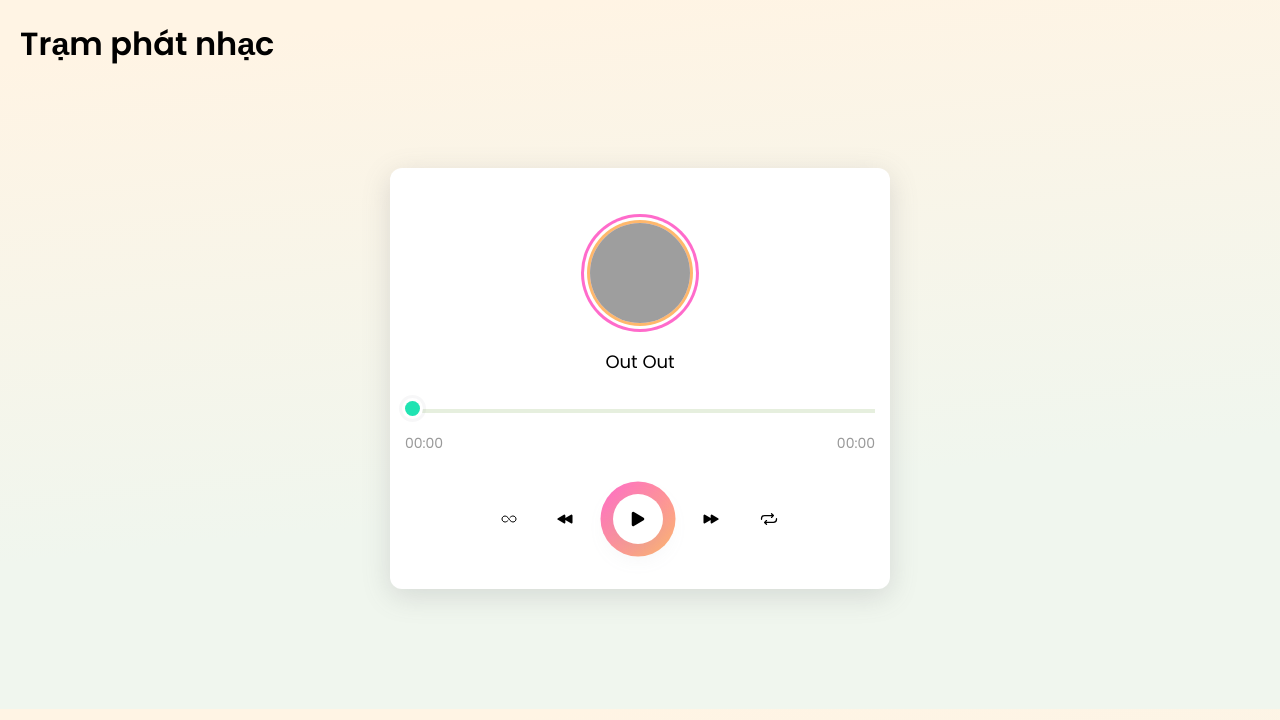
Repository: VuTuanAnh0949/Mp3
Page: index.html
The author's editor kept a copy of each file at every save. The page is drawn from the files as they stood at one save, then again after the next save.
The browser window is 1280 px wide. The pictures show the whole page.
Pictures or frames that could not be fetched are drawn as grey boxes.

Above is the page before, as saved 2022-09-25 14:55:46.

### index.html
<!DOCTYPE html>
<html lang="en">

<head>
    <meta charset="UTF-8">
    <meta http-equiv="X-UA-Compatible" content="IE=edge">
    <meta name="viewport" content="width=device-width, initial-scale=1.0">
    <link rel="stylesheet" href="app.css">
    <link rel="preconnect" href="https://fonts.googleapis.com">
    <link rel="preconnect" href="https://fonts.gstatic.com" crossorigin>
    <link href="https://fonts.googleapis.com/css2?family=Poppins:wght@300;400;600&family=Roboto:ital,wght@0,300;1,300&display=swap" rel="stylesheet">
    <title>MP3</title>
    <script type="module" src="https://unpkg.com/ionicons@5.5.2/dist/ionicons/ionicons.esm.js"></script>
    <script nomodule src="https://unpkg.com/ionicons@5.5.2/dist/ionicons/ionicons.js"></script>
</head>

<body>
    <div class="content">
        <h1>Trạm phát nhạc</h1>
    </div>
    <div class="music">
        <div class="music-thumb">
            <img src="https://unsplash.com/blog/content/images/size/w1600/2022/06/jon-anders-dalan-9jSe9ZIFtGw-unsplash.jpg" alt="">
        </div>
        <h3 class="music-name">The Night</h3>
        <input type="range" name="range" id="range" class="range">
        <audio src="./music/nhabangiau.mp3" id="song"></audio>
        <div class="timer">
            <div class="duration">2:10</div>
            <div class="remaining">-3:10</div>
        </div>
        <div class="controls">
            <ion-icon name="infinite-outline" class="play-infinite"></ion-icon>
            <ion-icon name="play-back" class="play-back"></ion-icon>
            <div class="play">
                <div class="player-inner">
                    <ion-icon name="play" class="play-icon"></ion-icon>
                </div>
            </div>
            <ion-icon name="play-forward" class="play-forward"></ion-icon>
            <ion-icon name="repeat-outline" class="play-repeat"></ion-icon>
        </div>
    </div>

<script src="./app.js"></script>

</body>

</html>

### app.css
html {
    box-sizing: border-box;
  }
  * {
    margin: 0;
    padding: 0;
  }
  *,
  *:before,
  *:after {
    box-sizing: border-box;
  }
  input,
  textarea,
  select,
  button {
    outline: none;
  }
  input {
    line-height: normal;
  }
  label,
  button {
    cursor: pointer;
  }
  a {
    text-decoration: none;
  }
  img {
    display: block;
    max-width: 100%;
  }
  body {
    font-family: "Poppins", sans-serif;
    padding: 20px;
    max-width: 1000vh;
    max-height: 1000vh;
    background-image: linear-gradient( 174.2deg,  rgba(255,244,228,1) 7.1%, rgba(240,246,238,1) 67.4% );
   background-size: cover;
  }

  .music {
    max-width: 500px;
    margin: 100px auto;
    border-radius: 12px;
    background-color: white;
    box-shadow: rgba(100, 100, 111, 0.2) 0px 7px 29px 0px;
    padding: 55px 15px 45px;
  }
  .music-thumb {
    width: 100px;
    height: 100px;
    margin: 0 auto 25px;
  }
  .music-thumb.is-playing {
    animation: spinner 5s infinite linear;
  }
  .music-thumb img {
    width: 100%;
    height: 100%;
    object-fit: cover;
    border-radius: 100rem;
    box-shadow: 0 0 0 3px #ffb86c, 0 0 0 6px white, 0 0 0 9px #ff6bcb;
  }
  .music-name {
    font-size: 18px;
    font-weight: 500;
    text-align: center;
    margin-bottom: 20px;
  }
  .timer {
    display: flex;
    justify-content: space-between;
    align-items: center;
    font-size: 14px;
    color: #999;
    margin-bottom: 40px;
  }
  .controls {
    display: flex;
    justify-content: center;
    align-items: center;
    gap: 0 40px;
  }
  .play {
    position: relative;
  }
  .play:before {
    content: "";
    position: absolute;
    inset: 0;
    background-image: linear-gradient(to right bottom, #ff6bcb, #ffb86c);
    transform: scale(1.5);
    border-radius: 100rem;
  }
  .player-inner {
    width: 50px;
    height: 50px;
    border-radius: 100rem;
    background-color: white;
    display: flex;
    justify-content: center;
    align-items: center;
    cursor: pointer;
    box-shadow: rgba(149, 157, 165, 0.2) 0px 8px 24px;
    font-size: 20px;
    position: relative;
    z-index: 2;
  }
  .play-repeat,
  .play-back,
  .play-forward {
    cursor: pointer;
  }
  .range {
    -webkit-appearance: none; /* Hides the slider so that custom slider can be made */
    width: 100%; /* Specific width is required for Firefox. */
    background: transparent; /* Otherwise white in Chrome */
    margin-bottom: 20px;
     background: chartreuse;
  }
  .range::-webkit-slider-runnable-track {
    width: 100%;
    height: 4px;
    background-color: #eeee;
  }
  .range::-webkit-slider-thumb {
    -webkit-appearance: none;
    background-color: #20e3b2;
    width: 15px;
    height: 15px;
    border-radius: 100rem;
    margin-top: -8px;
    box-shadow: 0 0 0 3px white, 0 0 0 6px rgba(100, 100, 111, 0.05);
  }
  @keyframes spinner {
    to {
      transform: rotate(360deg);
    }
  }
  .play-repeat {
    font-size: 20px;
  }

### app.js
const song = document.getElementById("song");
const playBtn = document.querySelector(".player-inner");
const nextBtn = document.querySelector(".play-forward");
const prevBtn = document.querySelector(".play-back");
const durationTime = document.querySelector(".duration")
const remainingTime = document.querySelector(".remaining")
const rangeBar = document.querySelector(".range");
const musicName = document.querySelector(".music-name");
const musicThumbnail = document.querySelector(".music-thumb");
const musicImage = document.querySelector(".music-thumb img");
const playRepeat = document.querySelector(".play-repeat");

let isPlaying = true;
let indexSong = 0;
let isRepeat = false;
/* const musics = ["thenight.mp3","nhabangiau.mp3","outout.mp3","moveyour.mp3"]; */
const musics =[
  {
    id: 1,
    title: "Out Out",
    file: "outout.mp3",
    image: "https://c4.wallpaperflare.com/wallpaper/545/756/905/anime-anime-girls-mask-simple-background-hd-wallpaper-thumb.jpg"
},
      {
          id: 2,
          title: "Nhà Bạn Giàu",
          file: "nhabangiau.mp3",
          image: "https://images.unsplash.com/photo-1495430288918-03be19c7c485?ixlib=rb-1.2.1&ixid=MnwxMjA3fDB8MHxwaG90by1wYWdlfHx8fGVufDB8fHx8&auto=format&fit=crop&w=387&q=80"
      },
      {
        id: 3,
        title: "The Night",
        file: "thenight.mp3",
        image: "https://images.unsplash.com/photo-1532767153582-b1a0e5145009?ixlib=rb-1.2.1&ixid=MnwxMjA3fDB8MHxwaG90by1wYWdlfHx8fGVufDB8fHx8&auto=format&fit=crop&w=387&q=80"
    },
    {
      id: 4,
      title: "Move Your..",
      file: "moveyour.mp3",
      image: "https://c4.wallpaperflare.com/wallpaper/663/420/862/car-purple-retrowave-landscape-wallpaper-thumb.jpg"
  }

]
let timer;
let repeatCount = 0;
playRepeat.addEventListener("click", function () {
  if (isRepeat) {
    isRepeat = false;
    playRepeat.removeAttribute("style");
  } else {
    isRepeat = true;
    playRepeat.style.color = "#ffb86c";
  }
});
nextBtn.addEventListener("click", function () {
  changeSong(1);
});
prevBtn.addEventListener("click", function () {
  changeSong(-1);
});
song.addEventListener("ended", handleEndedSong);
function handleEndedSong() {
  repeatCount++;
  if (isRepeat && repeatCount === 1) {
    // handle repeat song
    isPlaying = true;
    playPause();
  } else {
    changeSong(1);
  }
}
function changeSong(dir) {
    if (dir === 1) {
      // next song
      indexSong++;
      if (indexSong >= musics.length) {
        indexSong = 0;
      }
      isPlaying = true;
    } else if (dir === -1) {
      // prev song
      indexSong--;
      if (indexSong < 0) {
        indexSong = musics.length - 1;
      }
      isPlaying = true;
    }
    init(indexSong);
    // song.setAttribute("src", `./music/${musics[indexSong].file}`);
    playPause();
  }

  playBtn.addEventListener("click", playPause);
  function playPause() {
    if (isPlaying) {
      musicThumbnail.classList.add("is-playing");
      song.play();
      playBtn.innerHTML = `<ion-icon name="pause-circle"></ion-icon>`;
      isPlaying = false;
      timer = setInterval(displayTimer, 500);
    } else {
      musicThumbnail.classList.remove("is-playing");
      song.pause();
      playBtn.innerHTML = `<ion-icon name="play"></ion-icon>`;
      isPlaying = true;
      clearInterval(timer);
    }
  }
  function displayTimer() {
    const { duration, currentTime } = song;
    rangeBar.max = duration;
    rangeBar.value = currentTime;
    remainingTime.textContent = formatTimer(currentTime);
    if (!duration) {
      durationTime.textContent = "00:00";
    } else {
      durationTime.textContent = formatTimer(duration);
    }
  }
  function formatTimer(number) {
    const minutes = Math.floor(number / 60);
    const seconds = Math.floor(number - minutes * 60);
    return `${minutes < 10 ? "0" + minutes : minutes}:${
      seconds < 10 ? "0" + seconds : seconds
    }`;
  }
  rangeBar.addEventListener("change", handleChangeBar);
  function handleChangeBar() {
    song.currentTime = rangeBar.value;
  }
  function init(indexSong) {
    song.setAttribute("src", `./music/${musics[indexSong].file}`);
    musicImage.setAttribute("src", musics[indexSong].image);
    musicName.textContent = musics[indexSong].title;
  }
  displayTimer();
  init(indexSong);

After the next save:
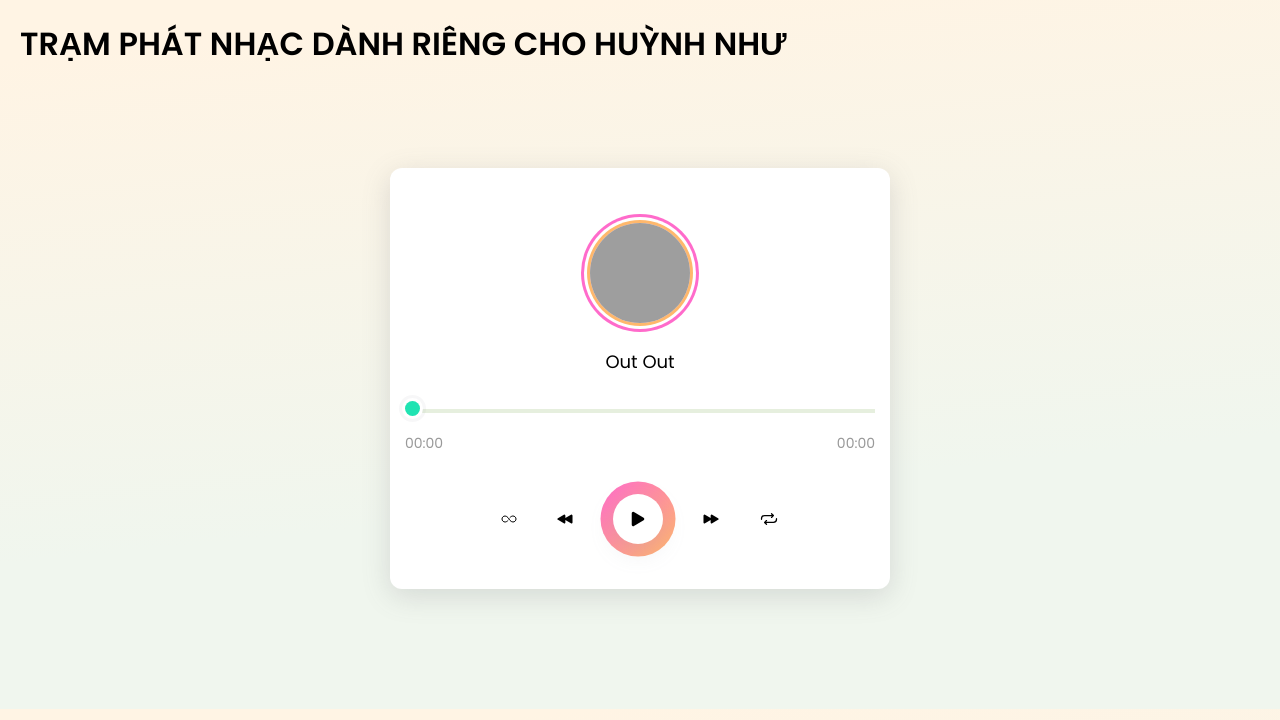
Saved 15 s later.
--- a/index.html
+++ b/index.html
@@ -16,7 +16,7 @@
 
 <body>
     <div class="content">
-        <h1>Trạm phát nhạc</h1>
+        <h1>TRẠM PHÁT NHẠC DÀNH RIÊNG CHO HUỲNH NHƯ</h1>
     </div>
     <div class="music">
         <div class="music-thumb">
